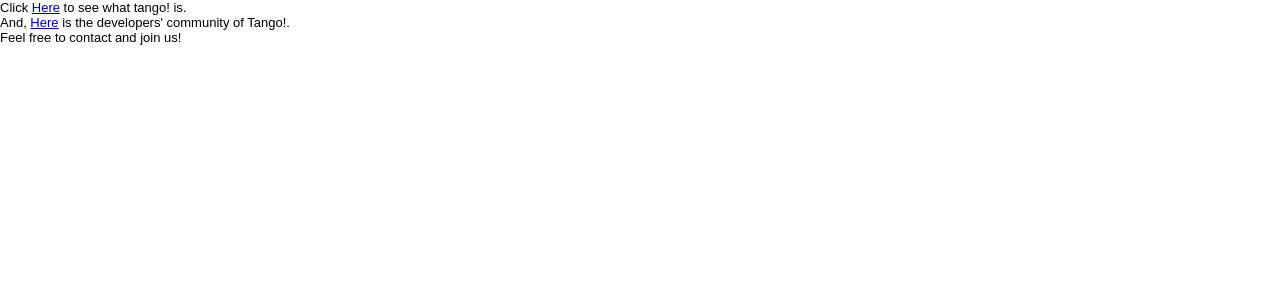
Repository: yasulab/tango
Page: tango/tango-eclipse-workplace/Tango/Tango/build/classes/tango/public/Tango.html
These files come from the project's save history. The page is drawn as it stood at one moment and after the next save; the edit follows.
The browser window is 1280 px wide. The page is 1280 px wide, then 1282 px, so the pictures cover 1282 px, including what lies to the right of the window. The pictures show the whole page.

Above is the page before, as saved 2009-02-15 06:26:05.

### tango/tango-eclipse-workplace/Tango/Tango/build/classes/tango/public/Tango.html
<html>
	<head>

		<title>tango!</title>

		<style>
			body,td,a,div,.p{font-family:arial,sans-serif}
			div,td{color:#000000}
			a:link,.w,.w a:link{color:#0000cc}
			a:visited{color:#551a8b}
			a:active{color:#ff0000}
		</style>

		<!--                                           -->
		<!-- This script loads your compiled module.   -->
		<!-- If you add any GWT meta tags, they must   -->
		<!-- be added before this line.                -->
		<!--                                           -->
	</head>

	<!--                                           -->
	<!-- The body can have arbitrary html, or      -->
	<!-- you can leave the body empty if you want  -->
	<!-- to create a completely dynamic ui         -->
	<!--                                           -->
	<body>
	<p>
	Click <a href="./db/Introduction_of_tango_project.pdf" target="_blank">Here</a> to see what tango! is.<BR>
	And, <a href="http://groups.google.co.jp/group/tango_project" target="_blank">Here</a> is the developers' community of Tango!. <BR>
	Feel free to contact and join us!<BR>
	</p>


	<BR>


		<!-- OPTIONAL: include this if you want history support -->
		<iframe src="javascript:''" id="__gwt_historyFrame" style="width:0;height:0;border:0"></iframe>

   		<script type="text/javascript" language="javascript" src="tango.Tango.nocache.js"></script>

	</body>
</html>

### tango/tango-eclipse-workplace/Tango/Tango/build/classes/tango/public/css/format.css
/*	---CSS INDEX---
	WordPanel: 億僢僾傾僢僾昞帵偝傟傞奺僷僱儖丅
	WordPanelTable-panel:"Add Row"傗"Add Cell"側偳丅
	WordPanelTable-table:忋晹偲壓晹偺WordPanel傪埻偆僥乕僽儖(尰嵼偼摟柧側偺偱榞慻傒偑尒偊側偄)
	RelationalWord-label:"仛Relative Word"偲彂偐傟偰偄傞晹暘
	RelationalWord-checkBox:僥僉僗僩僄儕傾偺嵍椬偵偁傞僠僃僢僋儃僢僋僗
	RelationalWord-textBox:僥僉僗僩擖椡偡傞晹暘
	WordLevel-label:"仛Word Level"偲彂偐傟偰偄傞晹暘
	WordLevel-easy:"傗偝偟偄"偲彂偐傟偰偄傞晹暘
	WordLevel-normal:"傆偮偆"偲彂偐傟偰偄傞晹暘
	WordLevel-hard:"傓偢偐偟偄"偲彂偐傟偰偄傞晹暘
	WordClass-label:"仛Word Class"偲彂偐傟偰偄傞晹暘
	WordClass-noun:"柤帉"偲彂偐傟偰偄傞晹暘
	WordClass-verb:"摦帉"偲彂偐傟偰偄傞晹暘
	WordClass-adj:"宍梕帉"偲彂偐傟偰偄傞晹暘
	SettingPanel:夋柺拞墰慡懱傪埻偆榞慻傒
	MainPanel:夋柺慡懱傪埻偆榞慻傒
	TangoButton:夋柺拞墰偺Tango儃僞儞
	SettingScrollPanel:夋柺拞墰偺僗僋儘乕儖僶乕
	SettingHorizontalPanel:夋柺拞墰偺僗僋儘乕儖僶乕撪偺丄奺僙僢僥傿儞僌僷僱儖榞慻傒
	WordTable-label:"仛Word Table"偲彂偐傟偰偄傞晹暘
	WordTable-rowBox:峴巜掕僥僉僗僩儃僢僋僗
	WordTable-colBox:楍巜掕僥僉僗僩儃僢僋僗
	TabPanel:僞僽僷僱儖
	RSSTango-main:RSSTango偺儊僀儞僼儗乕儉
	RSSNewsPanel:RSSTango偺僯儏乕僗傪昞帵偡傞僼儗乕儉
	RSSHtmlPanel:RSSTango偺newsPanel偵捛壛偝傟傞僯儏乕僗偺僼儗乕儉
	RSSHtmlPanelHeader:RSSTango偺newsPanel偵捛壛偝傟傞僯儏乕僗偺僞僀僩儖晹暘
	RSSHtmlPanelBody:RSSTango偺newsPanel偵捛壛偝傟傞僯儏乕僗偺婰帠晹暘
	RSSTitle:RSSTango偺newsPanel偵捛壛偝傟傞僯儏乕僗偺僞僀僩儖
	RSSCategory:RSSTango偺newsPanel偵捛壛偝傟傞僯儏乕僗偺僇僥僑儕
	RSSChannelTitle:RSSTango偺newsPanel偵捛壛偝傟傞僯儏乕僗偺僠儍儞僱儖柤
	RSSDescription:RSSTango偺newsPanel偵捛壛偝傟傞僯儏乕僗偺徻嵶
	RSSDate:RSSTango偺newsPanel偵捛壛偝傟傞僯儏乕僗偺峏怴擔帪
	GameTango-main:GameTango偺儊僀儞僼儗乕儉
*/

/*
button {
  width:auto;
  overflow:visible;
}
button span {
  margin-top:1px;
}
button {
  border:0;
  cursor:pointer;
  font-weight:bold;
  padding:0 0 0 0;
  text-align:center;
}
button span {
  position:relative;
  display:block;
  white-space:nowrap;
  padding:0 0 0 0;
}
button.WordPanel {
  background:url('./image/btn_blue_right.gif') right no-repeat;
  font-size:1.0em;
  color: white;
}
button.WordPanel span {
  height:100px;
  line-height:100px;
  background:url('./image/btn_blue_left.gif') left no-repeat;
}
button.WordPanel:hover {
	background:url('./image/btn_blue_right_hover.gif') right no-repeat;
}
button.WordPanel:hover span {
	background:url('./image/btn_blue_left_hover.gif') left no-repeat;
}


.WordPanelTable-panel{
}
.WordPanelTable-table{
}
*/
.RelationalWord-label{
	font-size: x-small;
	font-weight: bold;
	color:navy;
	padding-left:4px;
	padding-right:4px;
}
.RelationalWord-checkBox {}
.RelationalWord-textBox {}

.WordLevel-label {
	font-size: x-small;
	font-weight: bold;
	color:navy;
	padding-left:4px;
	padding-right:4px;
}
.WordLevel-easy {}
.WordLevel-normal {}
.WordLevel-hard {}

.WordClass-label {
	font-size: x-small;
	font-weight: bold;
	color:navy;
	padding-left:4px;
	padding-right:4px;
}
.WordClass-noun {}
.WordClass-verb {}
.WordClass-adj {}

.SettingPanel{
	color: #15428b;
	font: normal 12px tahoma, arial, helvetica, sans-serif;
}
.MainPanel {
	height: 1.7em;
	margin-bottom: 5px;
	padding-bottom: 3px;
	font-size: 12px;
	font-family: arial, sans-serif;
}

.TangoButton {
  display: block;             /* 僽儘僢僋梫慺偵偡傞 */
  width: 80px;                /* 墶暆 */
  color: #ffffff;
  background-color: #666699;  /* 攚宨怓 */
  border: outset 2px #9999cc; /* 榞偺怓 */
  margin: 0px;
  padding: 3px 1px 1px 0px;
  font-size: 12px;            /* 僼僅儞僩僒僀僘 */
  line-height: 12px;          /* 峴偺崅偝 */
  text-align: center;         /* 悈暯懙偊 */
  text-decoration: none;      /* 壓慄傪徚偡 */
}
.TangoButton:hover {
  color: #eeeeee;
  background-color: #555588;  /* 攚宨怓 */
  border: inset 2px #9999cc;  /* 榞偺怓 */
  margin: 0px;
  padding: 4px 0px 0px 1px;
}
.TangoButton:active { color: #ffffff; }
.TangoButton:visited { color: #ffffff; }
.SettingScrollPanel {}
.SettingHorizontalPanel{}
.Header-description{}
.Header-logo{}
.Footer-description{
  background-color: #339000;;
}

.WordTable-label{
	font-size: x-small;
	font-weight: bold;
	color:navy;
	padding-left:4px;
	padding-right:4px;
}
.WordTable-rowBox{}
.WordTable-colBox{}
.TabPanel{}
.RSSTango-main{}
.RSSNewsPanel{
	text-align: left;
}
.RSSHtmlPanel{
	float: left;
	width: 300px;
	border: solid 2px #666666;
	margin: 4px;
}
.RSSHtmlPanelHeader{
	font-size: x-small;
	background-color: #95c0ec
}
.RSSHtmlPanelBody{
	font-size: x-small;
	margin: 12 0 0 0;
}
.RSSTitle{
	font-weight: bold;
}
.RSSCategory{
	text-align: right;
}
.RSSChannelTitle{
	text-align: right;
}
.RSSDescription{}
.RSSDate{
	text-align: right;
}
.GameTango-main{}

Loaded but not shown: tango/tango-eclipse-workplace/Tango/Tango/build/gwtOutput/tango.Tango/tango.Tango.nocache.js (323 lines, source omitted); tango/tango-eclipse-workplace/Tango/Tango/build/gwtOutput/tango.Tango/gwt/standard/standard.css (1076 lines, source omitted)

After the next save:
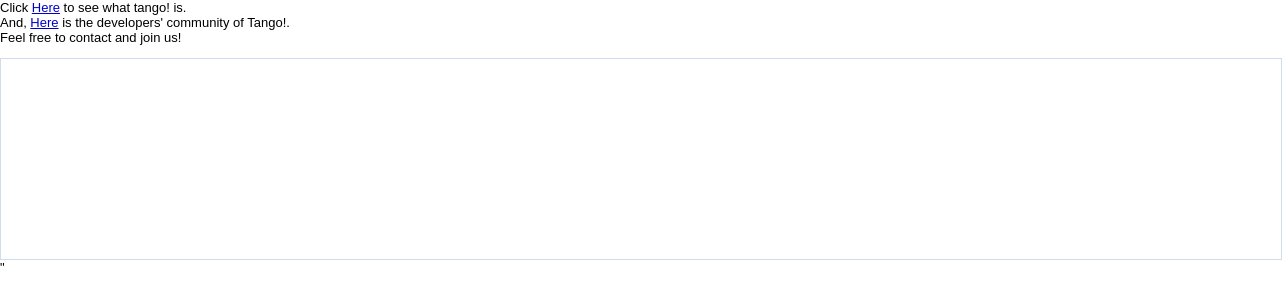
Saved 2 min 39 s later.
--- a/tango/tango-eclipse-workplace/Tango/Tango/build/classes/tango/public/Tango.html
+++ b/tango/tango-eclipse-workplace/Tango/Tango/build/classes/tango/public/Tango.html
@@ -29,6 +29,7 @@
 	And, <a href="http://groups.google.co.jp/group/tango_project" target="_blank">Here</a> is the developers' community of Tango!. <BR>
 	Feel free to contact and join us!<BR>
 	</p>
+	<div id="messengerView" style="width:100%;height:200px;border:1px solid #cde;overflow:auto;"></div>"
 
 
 	<BR>
